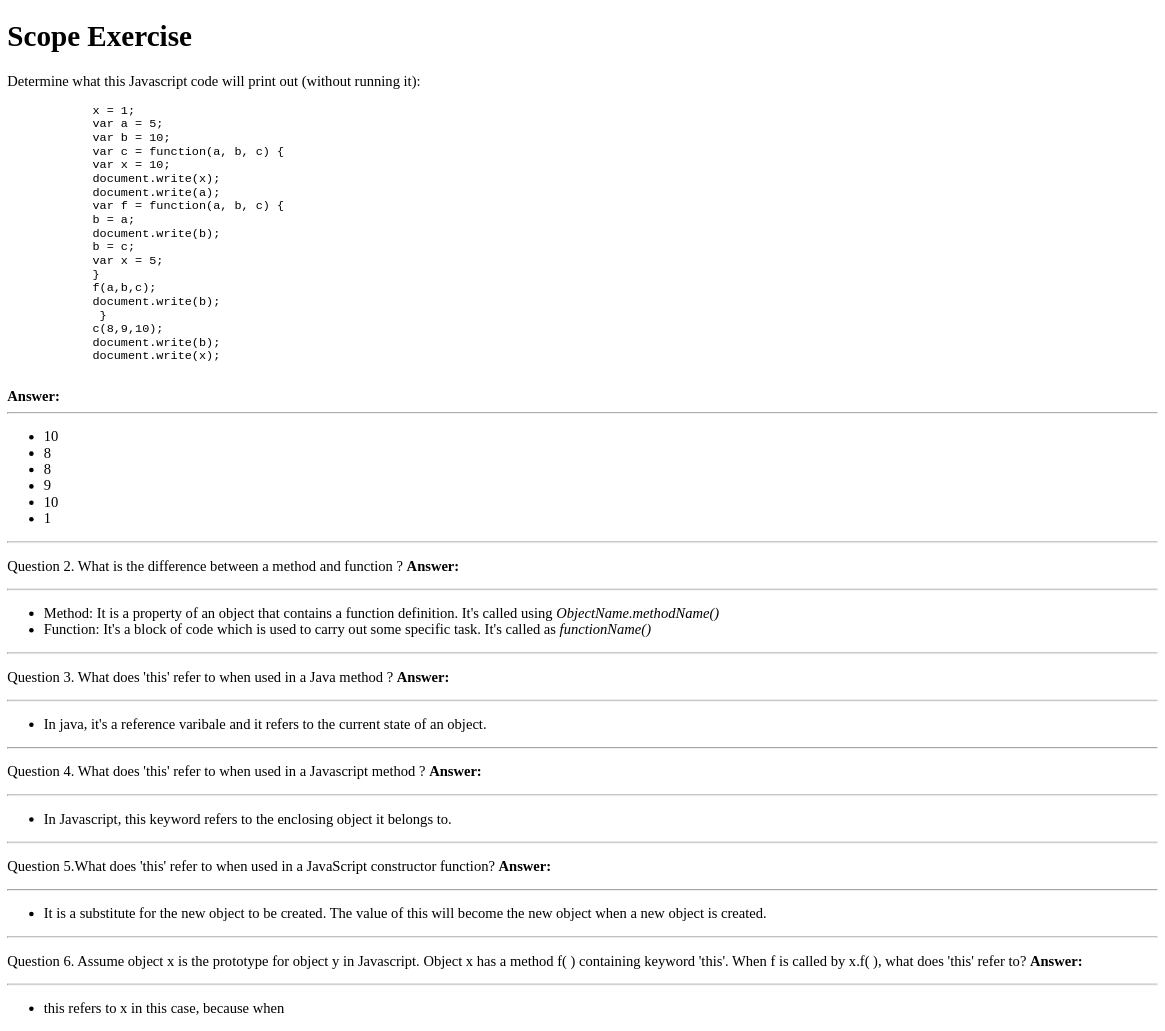
Repository: bethelbahiru/WAP
Page: Homework3/scope.html
An editor plug-in stored every save of this project. The page is shown before and after a run of saves, followed by the edit.
The browser window is 1280 px wide. The pictures show the whole page, at 91% of full size.

Above is the page before, as saved 2022-01-18 16:37:00.

After the next 2 saves:
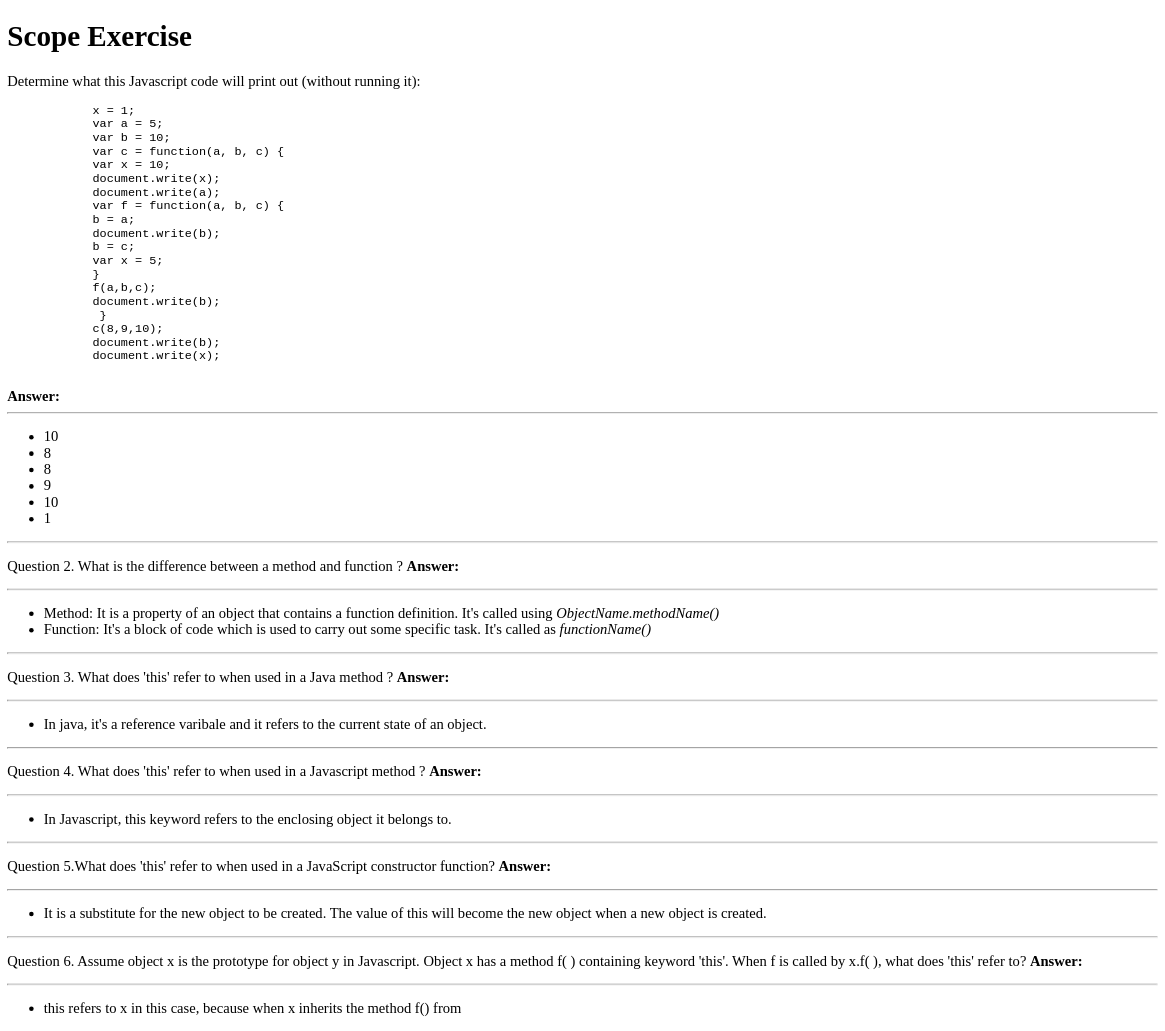
The 2 saves are shown as one change because they came seconds apart.
The last was saved 12 s later.
--- a/Homework3/scope.html
+++ b/Homework3/scope.html
@@ -82,7 +82,7 @@
         <strong>Answer:</strong>
         <hr>
         <ul>
-            <li>this refers to x in this case, because when </li>
+            <li>this refers to x in this case, because when x inherits the method f() from </li>
         </ul>
     </p>
 
